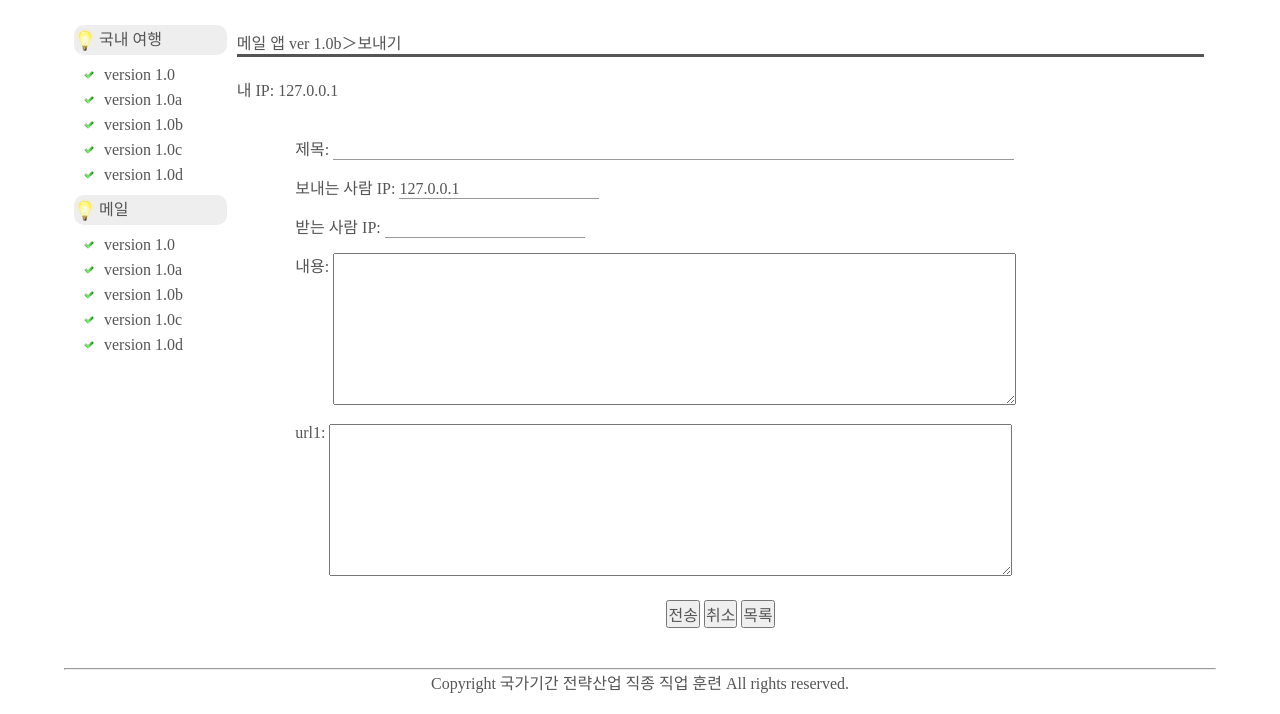
Repository: jangky000/ai_web
Page: http://localhost/blog_v2jc/mail_app1d/create_form.jsp
An editor plug-in stored every save of this project. The page is shown before and after the next save, followed by the edit.
The browser window is 1280 px wide. The pictures show the part of the page from y = 210 to 924 px (the page is 924 px tall before and 787 px after).
The page is served by Tomcat 9. Other server files are loaded and not shown.

Above is the page before, as saved 2020-04-02 09:09:17.

### ws__frame/blog_v2jc/WebContent/mail_app1d/create_form.jsp
<%@ page contentType="text/html; charset=UTF-8" %>

<%
request.setCharacterEncoding("utf-8");
String root = request.getContextPath();
%>

<!DOCTYPE html>
<html lang="ko">
<head>
<meta charset="UTF-8">
<title>메일 앱</title>
<link href="<%=root%>/css/style.css" rel="Stylesheet" type="text/css">
</head>
<body>
<jsp:include page="/menu/top.jsp" flush='false' />
  <div class="title_line">메일 앱 ver 1.0b＞보내기</div>

   <%
    out.print("<p>내 IP: " + request.getRemoteAddr() + "</p>");
    String my_ip = request.getRemoteAddr();
    /* out.print("<p>Remote Host: " + request.getRemoteHost() + "</p>"); */
    /* out.print("<p>X-Forwarded-For: " + request.getHeader("x-forwarded-for") + "</p>"); */
    %>

  <form name='frm' action='./create_proc.jsp' method='POST'>
    <fieldset class="fieldset_basic">
      <!-- <legend class="legend_basic">공지사항 등록</legend> -->
      <ul>
        <li class="li_none">
          <label>제목: </label>
          <input class="input_basic" type="text" name="title" style="width: 80%;" autofocus="autofocus">
        </li>
        <li class="li_none">
          <label>보내는 사람 IP: </label>
          <input class="input_basic" type="text" name="mail_from"  value="<%= my_ip %>" style="width: 200px;" readonly="readonly">
        </li>
        <li class="li_none">
          <label>받는 사람 IP: </label>
          <input class="input_basic" type="text" name="mail_to" style="width: 200px;">
        </li>
        <li class="li_none">
          <label style="vertical-align: top;">내용: </label>
          <textarea name="content" style="width: 80%; height: 150px;"></textarea>
        </li>
        <li class="li_none">
          <label style="vertical-align: top;">url1: </label>
          <textarea name="url1" style="width: 80%; height: 150px;"></textarea>
        </li>
      </ul>
      <div class ="bottom_menu">
        <button type="submit">전송</button>
        <button type="button" onclick="location.href = './list.jsp'">취소</button>
        <button type="button" onclick="location.href = './list.jsp'">목록</button>
      </div>
    </fieldset>

  </form>

<jsp:include page="/menu/bottom.jsp" flush='false' />
</body>
</html>
</html>

### ws__frame/blog_v2jc/WebContent/menu/top.jsp
<%@ page contentType="text/html; charset=UTF-8" %>
<!-- jsp: include를 사용했기 때문에 root로 인한 충돌이 발생하지 않는다. -->
<% String root = request.getContextPath(); %>

<DIV class='container'>
  <DIV class='top_img'>
    <NAV class="top_menu">
      <a href="<%=root %>" class="menu_link">HOME</a> | 로그인 | 예약 | 조회 | Q&A | 고객센터
    </NAV>
  </DIV>

  <DIV style='margin-top: 10px;'> <!-- 좌측 메뉴 + 내용 시작 -->
    <DIV class='left_menu'> <!--  좌측 메뉴 시작 -->
      <div class="li_left_menu_1" >국내 여행</div>
      <UL>
         <!-- 모든 위치에서 동일한 주소를 찾아야하므로, 절대 경로로 설정 -->
        <LI class="li_left_menu_2"><a href="<%= request.getContextPath() %>/notice1/list.jsp">version 1.0</a></LI>
        <LI class="li_left_menu_2"><a href="<%= request.getContextPath() %>/notice1a/list.jsp">version 1.0a</a></LI>
        <LI class="li_left_menu_2"><a href="<%= request.getContextPath() %>/notice1b/list.jsp">version 1.0b</a></LI>
        <LI class="li_left_menu_2"><a href="<%= request.getContextPath() %>/notice1c/list.jsp">version 1.0c</a></LI>
        <LI class="li_left_menu_2"><a href="<%= request.getContextPath() %>/notice1d/list.jsp">version 1.0d</a></LI>
      </UL>
      <!-- br을 쓰는 것보다 margin으로 여백을 주는 것이 낫다 -->
      <div class="li_left_menu_1">메일</div>
      <UL>
        <LI class="li_left_menu_2"><a href="<%= request.getContextPath() %>/mail_app/list.jsp">version 1.0</a></LI>
        <LI class="li_left_menu_2"><a href="<%= request.getContextPath() %>/mail_app1a/list.jsp">version 1.0a</a></LI>
        <LI class="li_left_menu_2"><a href="<%= request.getContextPath() %>/mail_app1b/list.jsp">version 1.0b</a></LI>
        <LI class="li_left_menu_2"><a href="<%= request.getContextPath() %>/mail_app1c/list.jsp">version 1.0c</a></LI>
        <LI class="li_left_menu_2"><a href="<%= request.getContextPath() %>/mail_app1d/list.jsp">version 1.0d</a></LI>
      </UL>

    </DIV>  <!--  좌측 메뉴 종료 -->

    <DIV class='content_body'> <!--  내용 시작 -->

### ws__frame/blog_v2jc/WebContent/menu/bottom.jsp
<%@ page contentType="text/html; charset=UTF-8" %>

    </DIV> <!-- 내용 종료 -->
  </DIV> <!-- 좌측 메뉴 + 내용 종료 -->

  <!-- 화면 하단 메뉴 -->
  <DIV class='copyright'>
    <HR>
    Copyright 국가기간 전략산업 직종 직업 훈련 All rights reserved.
  </DIV>

</DIV> <!-- 컨테이너 종료 -->

### ws__frame/blog_v2jc/WebContent/css/style.css
/* ver 0.2 */
/* 모든 태그에 적용 */
  *{
     font-family: Malgun Gothic;
     font-size: 16px;
     margin: 0px;  /* top right bottom left */
     padding: 0px;
     color: #555555;
  }

  .container {
    width: 90%;
    margin: 10px auto;
  }

  /*
  이미지 경로 지정
  권장하지 않는 방법(절대경로): background-image: url('/blog_v2jc/css/images/top_image.jpg');
  권장하는 방법(상대경로): background-image: url('./images/top_image.jpg');
  style.css 파일이 include(link)되는 폴더를 현재 폴더로 인식함
  /blog_v2jc/css/style.css에서 사용
  /blog_v2jc/css/images/top_image.jpg 인식
   */
  .top_img {
    width: 100%;
    height: 200px;
    /* background-image: url('/blog_v2jc/menu/images/top_image.jpg'); */
    background-image: url('./images/top_image2.jpg');
    background-size: auto 100%; /* 가로 세로 */
    background-position: center center;
    background-repeat: no-repeat;
  }

  .top_menu {
    position: relative;  /* 부모 태그 기준 화면 상단 기준 */
    top: 80%;
    /* left: 2px;  */
    background-color: rgba(50, 50, 255, 0.3);
    color: white;
  }

  .left_menu {
    width: 15%;
    float: left;
  }

  .content_body {
    width: 84%;
    float: left;
  }

  .content_bottom {

  }

  .bottom_menu {
    text-align: center;
    margin: 20px auto;
    clear: both;
  }

  .copyright {
    text-align: center;
    margin: 20px auto; /* 블럭 가운데 정렬 */
    clear: both; /*  float: left; 해제 float 효과를 제거 */
  }

  .li_warning{/* 경고 메시지 */
    list-style: none;
    margin: 15px 10px;
    color: #ff6600;
  }

  .li_error{ /* 에러 메시지 */
    list-style: none;
    margin: 15px 10px;
    color: #FF0000;
  }

  .li_none{
    list-style: none;
    margin: 15px 10px;
  }

  .fieldset_basic{
    width:90%;
    margin:10px auto;
    border-top: none;
    border-right: none;
    border-bottom: none;
    border-left: none;
    padding: 10px;
  }

  .legend_basic{
    margin-left:30px;
    border:solid 1px #999999;
    background-color: #A6C2FF;
    color:#FFFFFF;
  }

  input:focus {outline:none;}
  .input_basic{
    border-top: none;
    border-right: none;
    border-bottom: solid 1px #999999;
    border-left: none;
  }

  .title_line{
    text-align:left;
    /* text-decoration: underline; */
    border-bottom: solid 3px #555555;
    width: 100%;
    margin: 20px auto;

  }

  .sub_menu{
    text-align: right;
    width: 100%;
  }

  .table_basic{
    border-collapse: collapse; /* 셀 합치기 */
    margin: 2px auto;
    width: 100%;
    margin-bottom: 100px;
  }

  /*
    1em 기본값: 16px, 주변 태그의 글자 크기를 1em으로 인식
    div 태그가 20px일 경우 자식 태그가 0.5em이면 최종적으로 10px이 적용됨.
  */
  .th_basic{
    font-size: 0.8em;
    border-bottom: solid 1px #999999;
  }

  .td_basic{
    background-color: #ffffff;

    border-top: none;
    border-right: none;
    border-bottom: solid 1px #dddddd;
    border-left: none;

    text-align: center;
  }

  .td_left{
    background-color: #ffffff;

    border-top: none;
    border-right: none;
    border-bottom: solid 1px #dddddd;
    border-left: none;

    text-align: left;
  }

  A:link{  /* 방문전 상태 */
    text-decoration: none; /* 밑줄 삭제 */
    color: #555555;
  }

  A:visited{  /* 방문후 상태 */
    text-decoration: none; /* 밑줄 삭제 */
    color: #555555;
  }

  A:hover{  /* A 태그에 마우스가 올라간 상태 */
    text-decoration: underline; /* 밑줄 출력 */
    color: #7777FF;
  }

  A:active{  /* A 태그를 클릭한 상태 */
    text-decoration: underline; /* 밑줄 출력 */
    color: #7777FF;
  }

  /* top menu */
  .menu_link:link{  /* 방문전 상태 */
    text-decoration: none; /* 밑줄 삭제 */
    color: white;
  }

  .menu_link:visited{  /* 방문후 상태 */
    text-decoration: none; /* 밑줄 삭제 */
    color: white;
  }

  .menu_link:hover{  /* A 태그에 마우스가 올라간 상태 */
    text-decoration: underline; /* 밑줄 출력 */
    color: white;
    /* font-weight: bold; */
  }

  .menu_link:active{  /* A 태그를 클릭한 상태 */
    text-decoration: underline; /* 밑줄 출력 */
    color: white;
  }

  .content_title{
    border-top: none;
    border-right: none;
    border-bottom: solid 1px #999999;
    border-left: none;

    margin-bottom: 20px;
  }

  .content_bottom{
    border-top: none;
    border-right: none;
    border-bottom: none;
    border-left: none;
    margin: 20px 0;
    text-align: right;
    font-size: 0.8em;
  }

  .li_left_menu_1{/* 화면 좌측 대분류 */
    list-style: none;
    margin: 15px 10px;
    background: url(./images/li_left_menu_1.png) left center no-repeat; /* url 왼쪽 중간 반복x */
    background-color:#eeeeee;
    border-radius:10px;
    background-size: 22px;
    padding-left: 25px;
    line-height: 30px;
  }

  .li_left_menu_2{/* 화면 좌측 중분류 */
    list-style: none;
    margin: 15px 10px;
    background: url(./images/li_left_menu_2.png) left center no-repeat; /* url 왼쪽 중간 반복x */
    background-size: 10px;
    margin-left: 20px;
    padding-left: 20px;
    line-height: 10px;
  }

After the next save:
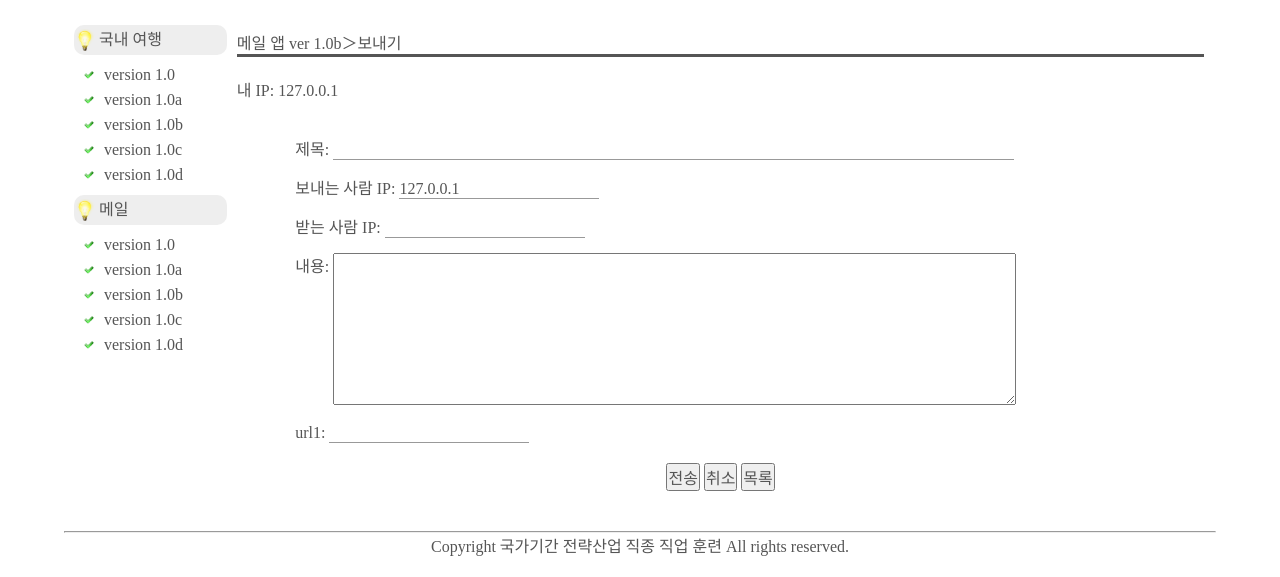
Saved 10 s later.
--- a/ws__frame/blog_v2jc/WebContent/mail_app1d/create_form.jsp
+++ b/ws__frame/blog_v2jc/WebContent/mail_app1d/create_form.jsp
@@ -45,7 +45,7 @@ String root = request.getContextPath();
         </li>
         <li class="li_none">
           <label style="vertical-align: top;">url1: </label>
-          <textarea name="url1" style="width: 80%; height: 150px;"></textarea>
+          <input class="input_basic" type="text" name="url1" style="width: 200px;">
         </li>
       </ul>
       <div class ="bottom_menu">
